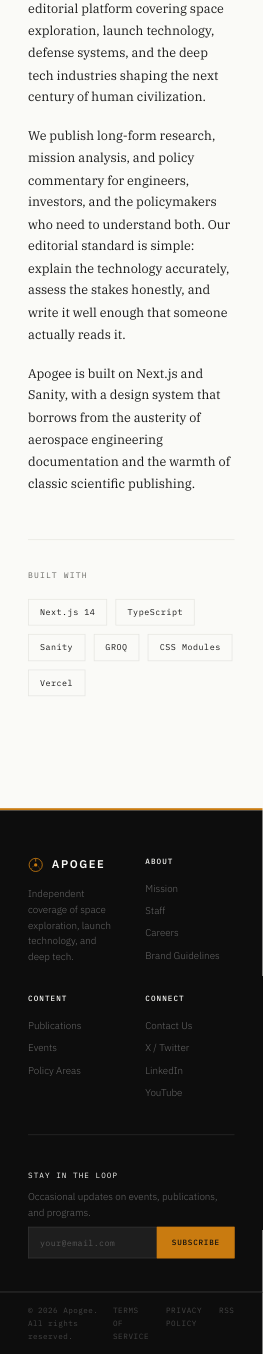
Repository: aricmoore/apogee
Page: /about
These files come from the project's save history. The page is drawn as it stood at one moment and after the next save; the edit follows.
The browser window is 375 px wide. The pictures show the part of the page from y = 422 to 2662 px (the page is 2356 px tall before and 2662 px after), at 70% of full size.
The project was rebuilt for these pictures with package versions that can differ from the ones it lists, and the page was loaded fresh each time. The framework's server and built-in components were replaced by stand-ins that run in the browser. Also part of the build but not shown: next.config.ts.

Above is the page before, as saved 2026-04-12 22:27:41.

After the next save:
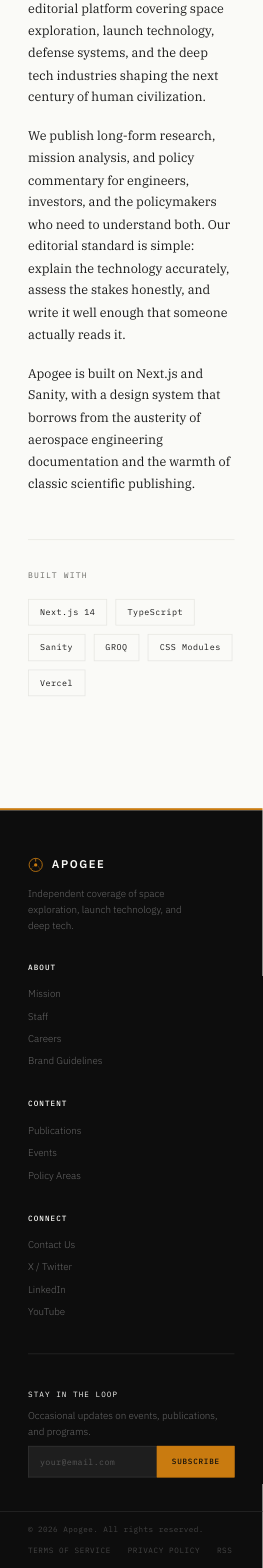
Saved 17 s later.
--- a/src/components/Footer.module.css
+++ b/src/components/Footer.module.css
@@ -179,4 +179,6 @@
 }
 
 @media (max-width: 500px) {
-  .grid { grid-templa
+  .grid { grid-template-columns: 1fr; }
+  .bottomInner { flex-direction: column; gap: var(--space-3); align-items: flex-start; }
+}
